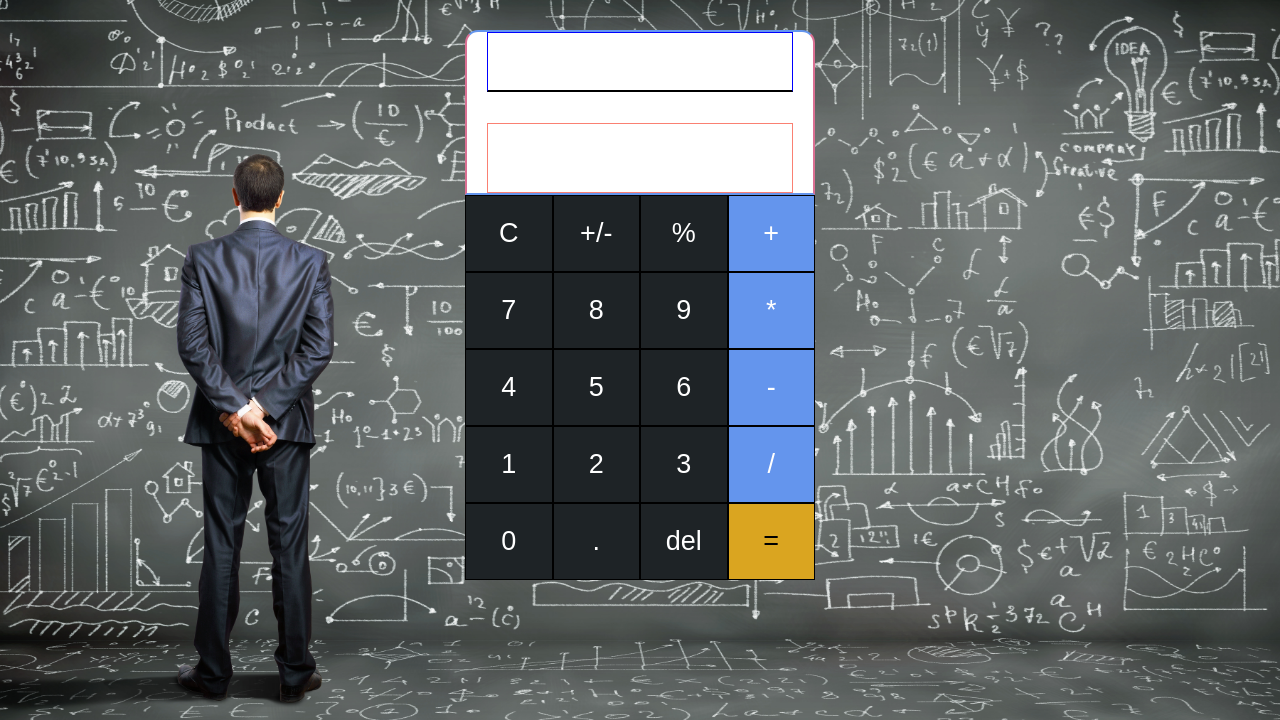
Repository: OfirLana/Calculator
Page: index.html
The author's editor kept a copy of each file at every save. The page is drawn from the files as they stood at one save, then again after the next save.
The browser window is 1280 px wide. The pictures show the whole page.

Above is the page before, as saved 2019-03-18 13:38:59.

### index.html
<!DOCTYPE html>
<html lang="en">

<head>
    <meta charset="UTF-8">
    <meta name="viewport" content="width=device-width, initial-scale=1.0">
    <meta http-equiv="X-UA-Compatible" content="ie=edge">
    <link href="https://fonts.googleapis.com/css?family=Lato:100,300,400,700,900" rel="stylesheet">
    <title>Document</title>
    <link rel="stylesheet" href="style.css">
</head>

<body>

    <div class="calculator">
        <div class="output_box">
            <div class="main_output" ></div>
            <div class="sub_output"></div>
        </div>


        <div class="opeartor_box">
            <button class="btn dlt">C</button>
            <button class="btn">+/-</button>
            <button class="btn ">%</button>
            <button class="btn op">+</button>
            <button class="btn">7</button>
            <button class="btn">8</button>
            <button class="btn">9</button>
            <button class="btn op">*</button>
            <button class="btn">4</button>
            <button class="btn">5</button>
            <button class="btn">6</button>
            <button class="btn op">-</button>
            <button class="btn">1</button>
            <button class="btn">2</button>
            <button class="btn">3</button>
            <button class="btn op">/</button>
            <button class="btn">0</button>
            <button class="btn">.</button>
            <button class="btn">del</button>
            <button class="btn sum">=</button>


        </div>








    </div>
    <script src="index.js"></script>
</body>

</html>

### style.css
* {
    margin: 0;
    padding: 0;
    box-sizing: border-box;
}

html {
    font-size: 62.5%;
}

body {
    font-family: "Lato", sans-serif;
    font-size: 1.6rem;
    color: #777;
    padding: 3rem 0px 0px 0px;
    /* background: cadetblue; */
    background:url(img/math2.jpg);
    background-size: cover;

}



.calculator {
    display: flex;
    flex-direction: column;
    margin: 0 auto;
    width: 35rem;
    height: 55rem;
    /* border: 1px solid red; */
    border-radius: 5px;
}

.output_box {
    display: flex;
    flex-direction: column;
    flex-basis: 30%;
    border: 2px solid cornflowerblue;
    border-radius: 13px 13px 0px 0px;
    border-right: 2px solid palevioletred;
    border-left: 2px solid palevioletred;
    width: 100%;
    justify-content: space-between;
    padding:0px 20px;
    background:white;
    color:black;
    font-size:19px;
}

.main_output {
    display: flex;
    border: 1px solid blue;
    height: 6rem;
    justify-content: center;
    align-items:center;
    /* background:blue; */
  /* border:1px solid tomato; */
    width:100%;
    /* background:blue; */
    text-align:end;
    overflow: hidden;
    border-bottom:2px solid
}






.sub_output {
    display: flex;
    border: 1px solid salmon;
    height: 7rem;
    /* background:red; */
    display:flex;
    justify-content: center;
    align-items: center;
    overflow: hidden;
    /* background:tomato; */
}

.opeartor_box{
    display:flex;
    /* flex-direction: column; */
    flex-wrap:wrap;
    width:100%;
    /* border:5px solid purple; */
    flex-basis:70%;
}

.btn{
    width:25%;
    height:20%;
    background:#1E2326;
    border: 1px solid black;
    color:white;
    font-size:27px;
    font-weight:100;
    cursor: pointer;
}

.btn:active{
    background: salmon;
    border:1px solid black;
}
.btn:hover{
    opacity:0.8;
}
.op {
    background:cornflowerblue;
}

.sum{
    background:goldenrod;
    color:black;
}

Loaded but not shown: index.js (no copy from this time; the picture is the same without it)

After the next save:
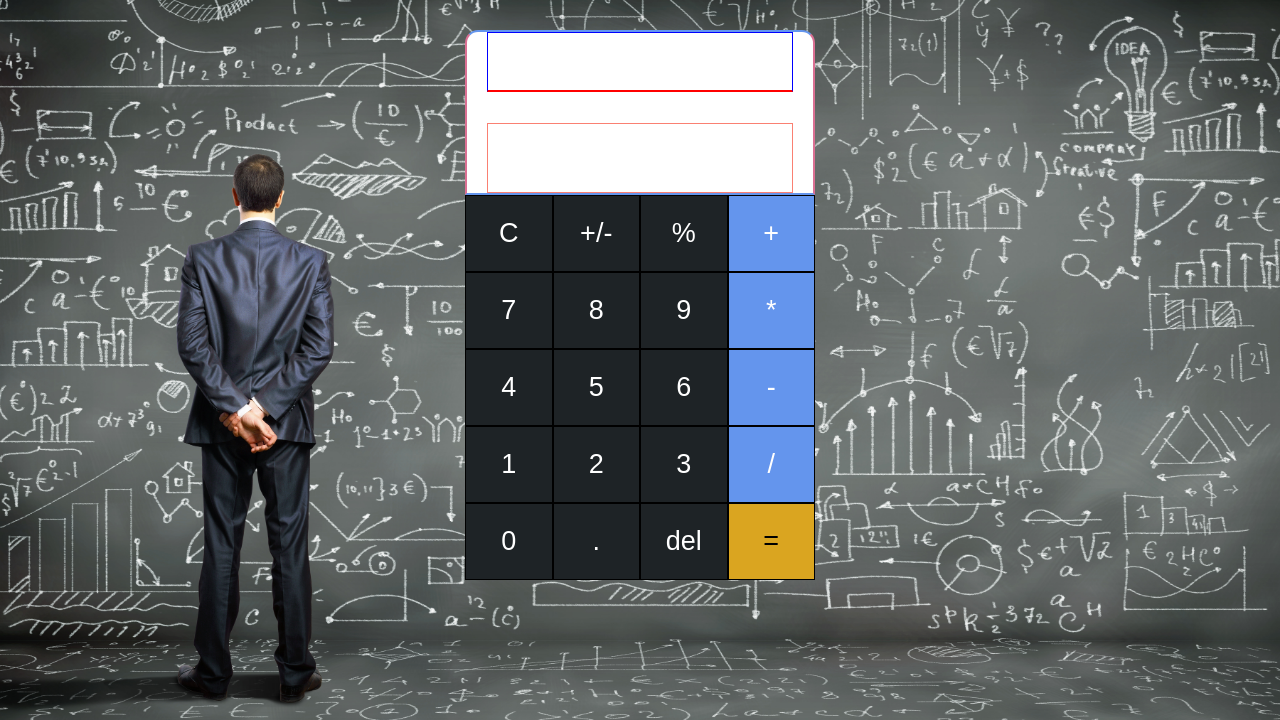
Saved 15 s later.
--- a/style.css
+++ b/style.css
@@ -59,7 +59,7 @@ body {
     /* background:blue; */
     text-align:end;
     overflow: hidden;
-    border-bottom:2px solid
+    border-bottom:2px solid red
 }
 
 
